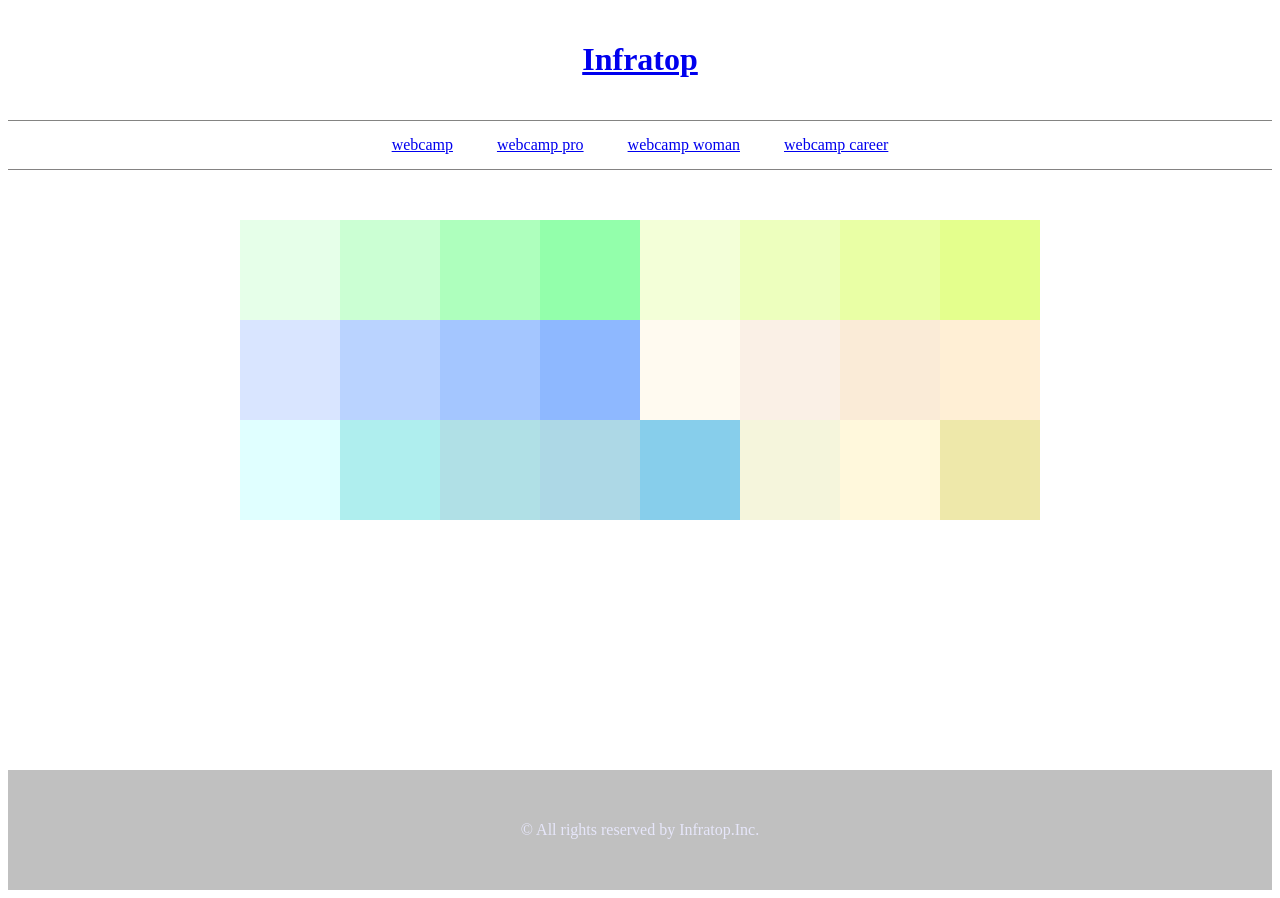
Repository: kiruha313/DWC
Page: exersise5/index.html
The author's editor kept a record of every edit. The page is drawn from the files as they stood at one moment, then again after the next edit.
The browser window is 1280 px wide. The pictures show the whole page.

Above is the page before.

### exersise5/index.html
<!DOCTYPE html>
<html lang="ja">
  <head>
    <meta charset="UTF-8" />
    <link rel="stylesheet" href="style.css" />
    <title>5章の演習問題</title>
  </head>

  <body>
    <header>
      <h1 class="header">
        <a href="index.html">Infratop</a>
      </h1>
    </header>

    <nav>
      <ul class="nav-list">
        <li class="nav-list-item">
          <a href="https://web-camp.io/">webcamp</a>
        </li>
        <li class="nav-list-item">
          <a href="webcamp pro">webcamp pro</a>
        </li>
        <li class="nav-list-item">
          <a href="webcamp woman">webcamp  woman</a>
        </li>
        <li class="nav-list-item">
          <a href="webcamp career">webcamp career</a>
        </li>
        </li>
      </ul>
    </nav>

    <div class="main">
      <div class="main1"></div>
      <div class="main2"></div>
      <div class="main3"></div>
      <div class="main4"></div>
      <div class="main5"></div>
      <div class="main6"></div>
      <div class="main7"></div>
      <div class="main8"></div>
      <div class="main9"></div>
      <div class="main10"></div>
      <div class="main11"></div>
      <div class="main12"></div>
      <div class="main13"></div>
      <div class="main14"></div>
      <div class="main15"></div>
      <div class="main16"></div>
      <div class="main17"></div>
      <div class="main18"></div>
      <div class="main19"></div>
      <div class="main20"></div>
      <div class="main21"></div>
      <div class="main22"></div>
      <div class="main23"></div>
      <div class="main24"></div>
      <div class="main25"></div>
      <div class="main26"></div>
      <div class="main27"></div>
      <div class="main28"></div>
      <div class="main29"></div>
      <div class="main30"></div>
      <div class="main31"></div>
      <div class="main32"></div>
      <div class="main33"></div>
      <div class="main34"></div>
      <div class="main35"></div>
      <div class="main36"></div>
      <div class="main37"></div>
      <div class="main38"></div>
      <div class="main39"></div>
      <div class="main40"></div>
    </div>

    <footer class="footer-item">
      <p class="footer-text">© All rights reserved by Infratop.Inc.</p>
    </footer>

  </body>

</html>

### exersise5/style.css
header > h1 {
  width: 100%;
  padding:20px 0;
  text-align: center;
}

.nav-list {
  text-align: center;
  padding: 15px 0;
  margin: 0 auto;
  list-style: none;
  border-top: 1px solid #848482;
  border-bottom: 1px solid #848282;
}

.nav-list-item {
  display: inline-block;
  margin: 0 20px;
}

.main {
  width: 800px;
  margin: 50px auto;
  display: flex;
  flex-wrap: wrap;
}

.main1 {
  width: 100px;
  height: 100px;
  background-color: #e6ffe9;
}

.main2 {
  width: 100px;
  height: 100px;
  background-color: #cbffd3;
}

.main3 {
  width: 100px;
  height: 100px;
  background-color: #aeffbd;
}

.main4 {
  width: 100px;
  height: 100px;
  background-color: #93ffab;
}

.main5 {
  width: 100px;
  height: 100px;
  background-color: #f3ffd8;
}

.main6 {
  width: 100px;
  height: 100px;
  background-color: #edffbe;
}

.main7 {
  width: 100px;
  height: 100px;
  background-color: #e9ffa5;
}

.main8 {
  width: 100px;
  height: 100px;
  background-color: #e4ff8d;
}

.main9 {
  width: 100px;
  height: 100px;
  background-color: #d9e5ff;
}

.main10 {
  width: 100px;
  height: 100px;
  background-color: #bad3ff;
}

.main11 {
  width: 100px;
  height: 100px;
  background-color: #a4c6ff;
}

.main12 {
  width: 100px;
  height: 100px;
  background-color: #8eb8ff;
}

.main13 {
  width: 100px;
  height: 100px;
  background-color: #fffaf0;
}

.main14 {
  width: 100px;
  height: 100px;
  background-color: #faf0e6;
}

.main15 {
  width: 100px;
  height: 100px;
  background-color: #faebd7;
}

.main16 {
  width: 100px;
  height: 100px;
  background-color: #ffefd5;
}

.main17 {
  width: 100px;
  height: 100px;
  background-color: #e0ffff;
}

.main18 {
  width: 100px;
  height: 100px;
  background-color: #afeeee;
}

.main19 {
  width: 100px;
  height: 100px;
  background-color: #b0e0e6;
}

.main20 {
  width: 100px;
  height: 100px;
  background-color: #add8e6;
}

.main21 {
  width: 100px;
  height: 100px;
  background-color: #87ceeb;
}

.main22 {
  width: 100px;
  height: 100px;
  background-color: #f5f5dc;
}

.main23 {
  width: 100px;
  height: 100px;
  background-color: #fff8dc;
}

.main24 {
  width: 100px;
  height: 100px;
  background-color: #eee8aa;
}

.main25 {
  width: 100px;
  height: 100px;
  background-color: ;
}

.main26 {
  width: 100px;
  height: 100px;
  background-color: ;
}

.main27 {
  width: 100px;
  height: 100px;
  background-color: ;
}

.main28 {
  width: 100px;
  height: 100px;
  background-color: ;
}

.main29 {
  width: 100px;
  height: 100px;
  background-color: ;
}

.main30 {
  width: 100px;
  height: 100px;
  background-color: ;
}

.main31 {
  width: 100px;
  height: 100px;
  background-color: ;
}

.main32 {
  width: 100px;
  height: 100px;
  background-color: ;
}

.main33 {
  width: 100px;
  height: 100px;
  background-color: ;
}

.main34 {
  width: 100px;
  height: 100px;
  background-color: ;
}

.main35 {
  width: 100px;
  height: 100px;
  background-color: ;
}

.main36 {
  width: 100px;
  height: 100px;
  background-color: ;
}

.main37 {
  width: 100px;
  height: 100px;
  background-color: ;
}

.main38 {
  width: 100px;
  height: 100px;
  background-color: ;
}

.main39 {
  width: 100px;
  height: 100px;
  background-color: ;
}

.main40 {
  width: 100px;
  height: 100px;
  background-color: ;
}



.footer-item {
  width: 100%;
  height: 120px;
  text-align:center;
  line-height: 120px;
  background-color: silver;
}

.footer-text {
  color: lavender;
}

After the next edit:
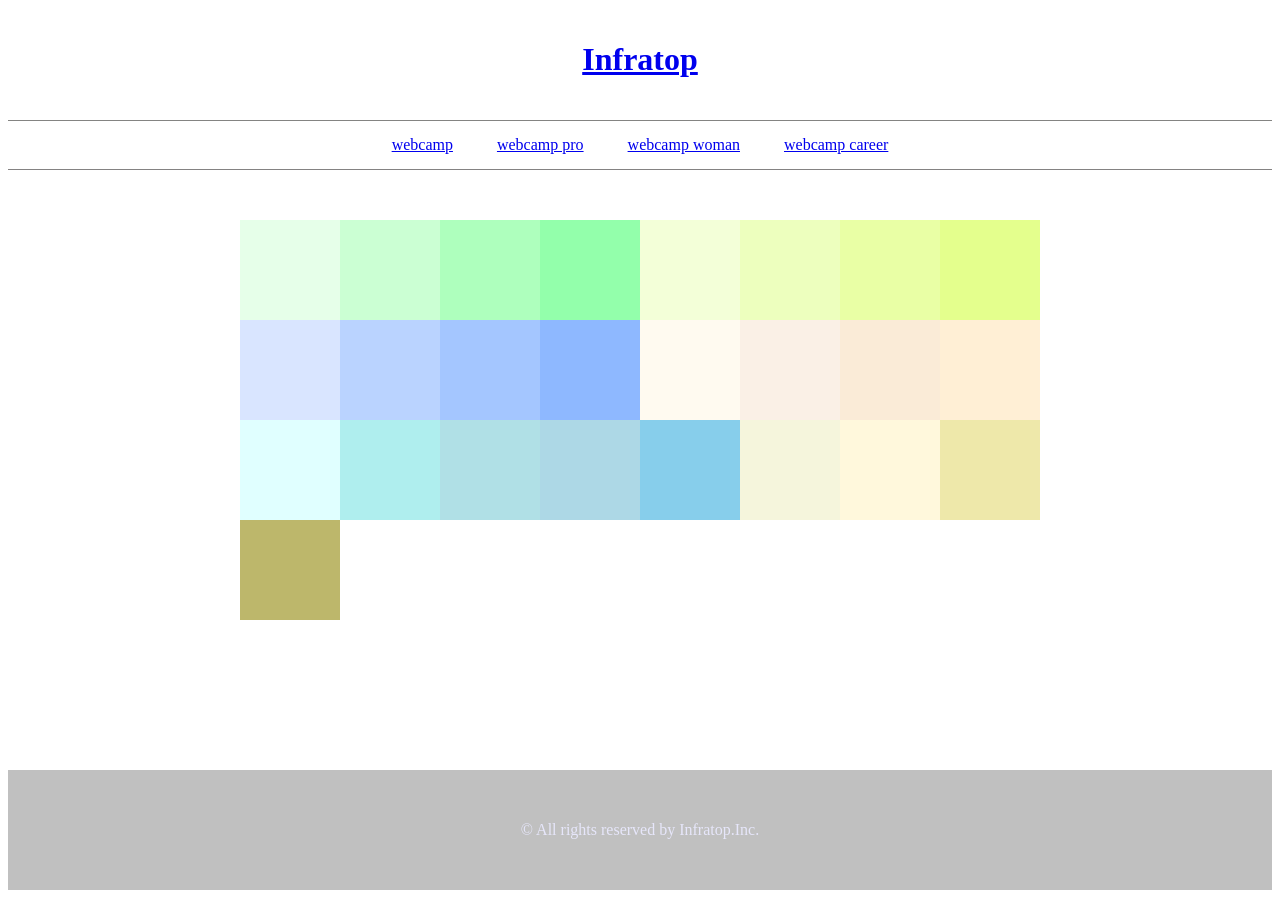
The edit:
--- a/exersise5/style.css
+++ b/exersise5/style.css
@@ -172,7 +172,7 @@
 .main25 {
   width: 100px;
   height: 100px;
-  background-color: ;
+  background-color: #bdb76b;
 }
 
 .main26 {
